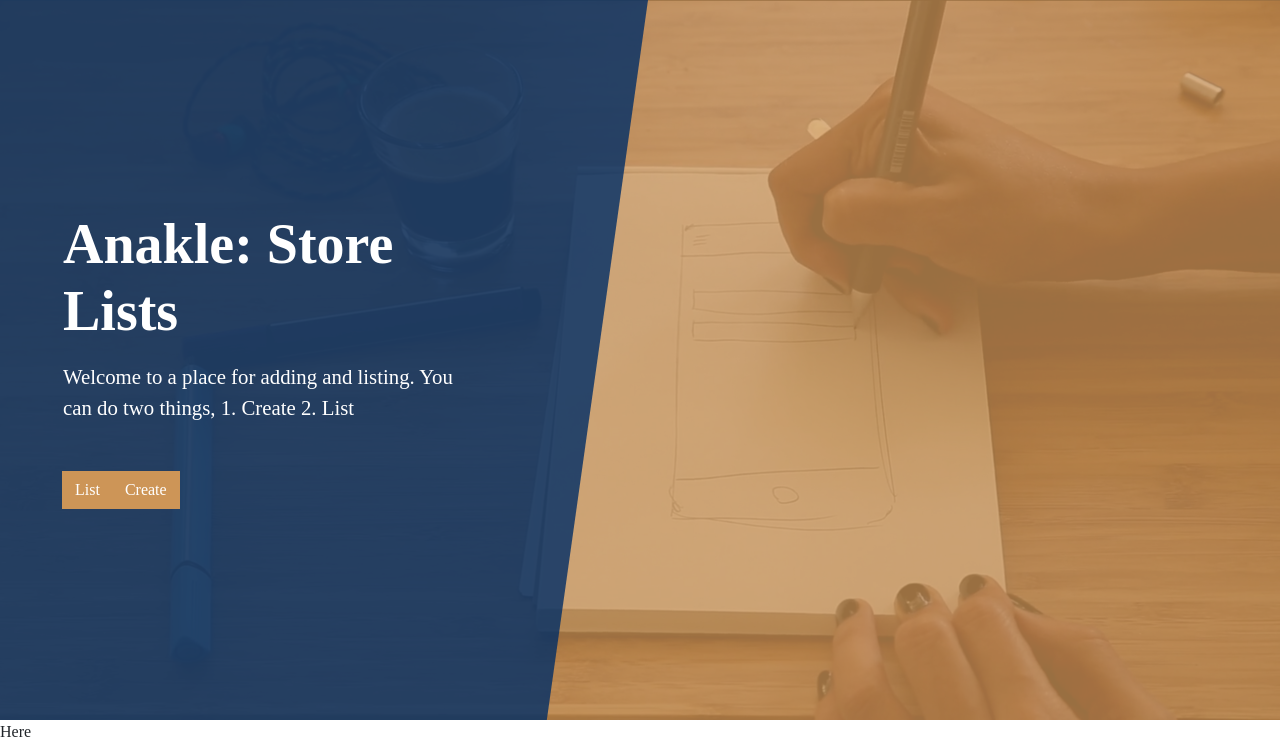
Repository: Guruscode/mega-list
Page: http://localhost/list.php
These files come from the project's save history. The page is drawn as it stood at one moment and after the next save; the edit follows.
The browser window is 1280 px wide. The pictures show the whole page.
Some web fonts or font styles are not loaded; a fallback is used. The page is run by PHP 8.4 with error messages shown; the project is at /var/www/html/.

Above is the page before, as saved 2018-02-22 21:18:09.
Console error: TypeError: Cannot read properties of undefined (reading 'fn')

### list.php
<!DOCTYPE html>
<html lang="en">
<head>
    <meta charset="UTF-8">
    <meta name="viewport" content="width=device-width, initial-scale=1.0">
    <meta http-equiv="X-UA-Compatible" content="ie=edge">

    <link rel="stylesheet" href="css/bootstrap.min.css">
    <link href="css/welcome.min.css" rel="stylesheet">
    <link href="https://fonts.googleapis.com/css?family=Source+Sans+Pro:200,200i,300,300i,400,400i,600,600i,700,700i,900,900i" rel="stylesheet">
    <link href="https://fonts.googleapis.com/css?family=Merriweather:300,300i,400,400i,700,700i,900,900i" rel="stylesheet">
    <link href="vendor/font-awesome/css/font-awesome.min.css" rel="stylesheet">
    <title>Anakle: For Anakle</title>
</head>
<body>

        <div class="overlay"></div>

        <div class="masthead">
        <div class="masthead-bg"></div>
        <div class="container h-100">
            <div class="row h-100">
            <div class="col-12 my-auto">
                <div class="masthead-content text-white py-5 py-md-0">
                <h1 class="mb-3">Anakle: Store Lists</h1>
                <p class="mb-5">Welcome to a place for adding and listing. You can do two things, 1. Create 2. List</p>
                <div class="input-group input-group-newsletter">

                    <div class="input-group-append">
                        <a href="list.php" class="btn btn-secondary pull-left">List</a>
                        <a onclick="checklogin()"  class="btn btn-secondary pull-right">Create</a>
                        <?php require_once('__autoload.php');
                            $session = new Session;
                        ?>
                        <a onclick="logout()" id="logoutbutton"  class="btn btn-danger pull-right" <?php if(!$session->checkUser()){ echo "style='display:none'"; } ?> >Logout</a>

                    </div>
                </div>
                </div>
            </div>
            </div>
        </div>
        </div>

        <div>Here</div>

<!-- login Register modal starts-->







<script src="js/bootstrap.min.js"></script>
<script src="js/jquery-3.3.1.min.js"></script>
<script src="js/bootstrap.bundle.min.js"></script>
<script src="js/jquery.vide.min.js"></script>
<script src="js/welcome.min.js"></script>




</body>
</html>

### __autoload.php
<?php
/**
* Simple Autoload file to get all needed files in the lib folder
* File should follow the naming convention,
* [name].lib.php
*
* @author Seyi Onifade <xyluz@ymail.com>
* @copyright xyluz
* @license GNU GENERAL PUBLIC LICENSE Version 3
*/

spl_autoload_register(function ($class_name) {
    include 'lib/' .$class_name . '.lib.php';
});

### lib/session.lib.php
<?php

/**
* Basic Session Class to Take care of all database logic
*
*
* fetch() methods stores result set in an array
* MySQL connection is closed with destruct method.
*
* @author Seyi Onifade <xyluz@ymail.com>
* @copyright xyluz
* @license GNU GENERAL PUBLIC LICENSE Version 3
*/

class Session {

    protected $isLogged = false;


    public function __construct() {

       session_start();

    }

    public function checkUser(){

        if(isset($_SESSION['loggedIn'])){

            $this->isLogged = true;

        }

        return $this->isLogged;

    }

    public function login($id){

        $_SESSION['loggedIn'] = $id;

    }

    public function logout(){

        unset($_SESSION['loggedIn']);
        session_destroy();

    }



}

### js/welcome.min.js
!function(p){"use strict";p("body").vide({mp4:"mp4/bg.mp4",poster:"img/bg-mobile-fallback.jpg"},{posterType:"jpg"})}(jQuery);

Loaded but not shown: css/bootstrap.min.css (library); css/welcome.min.css (common file); js/bootstrap.min.js (library); js/jquery-3.3.1.min.js (library); js/bootstrap.bundle.min.js (library); js/jquery.vide.min.js (library)

After the next save:
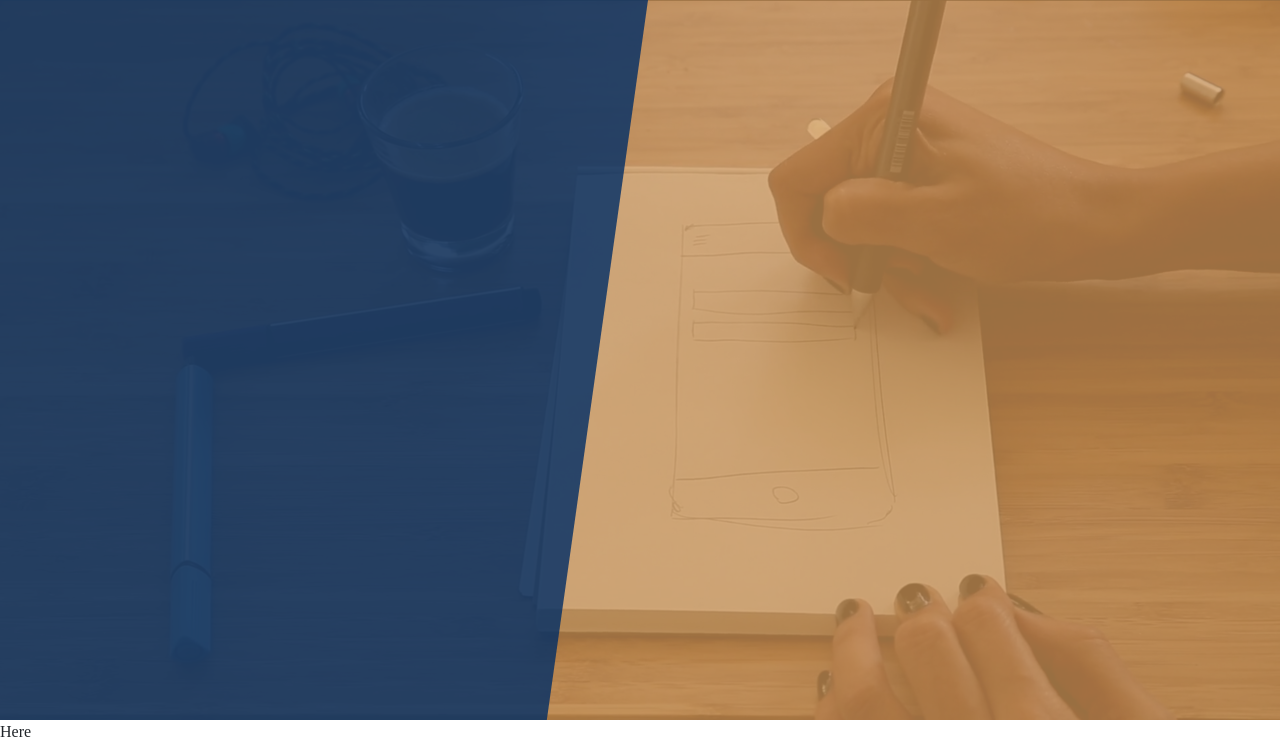
Saved 22 s later.
--- a/list.php
+++ b/list.php
@@ -20,24 +20,7 @@
         <div class="masthead-bg"></div>
         <div class="container h-100">
             <div class="row h-100">
-            <div class="col-12 my-auto">
-                <div class="masthead-content text-white py-5 py-md-0">
-                <h1 class="mb-3">Anakle: Store Lists</h1>
-                <p class="mb-5">Welcome to a place for adding and listing. You can do two things, 1. Create 2. List</p>
-                <div class="input-group input-group-newsletter">
 
-                    <div class="input-group-append">
-                        <a href="list.php" class="btn btn-secondary pull-left">List</a>
-                        <a onclick="checklogin()"  class="btn btn-secondary pull-right">Create</a>
-                        <?php require_once('__autoload.php');
-                            $session = new Session;
-                        ?>
-                        <a onclick="logout()" id="logoutbutton"  class="btn btn-danger pull-right" <?php if(!$session->checkUser()){ echo "style='display:none'"; } ?> >Logout</a>
-
-                    </div>
-                </div>
-                </div>
-            </div>
             </div>
         </div>
         </div>

After the save that followed:
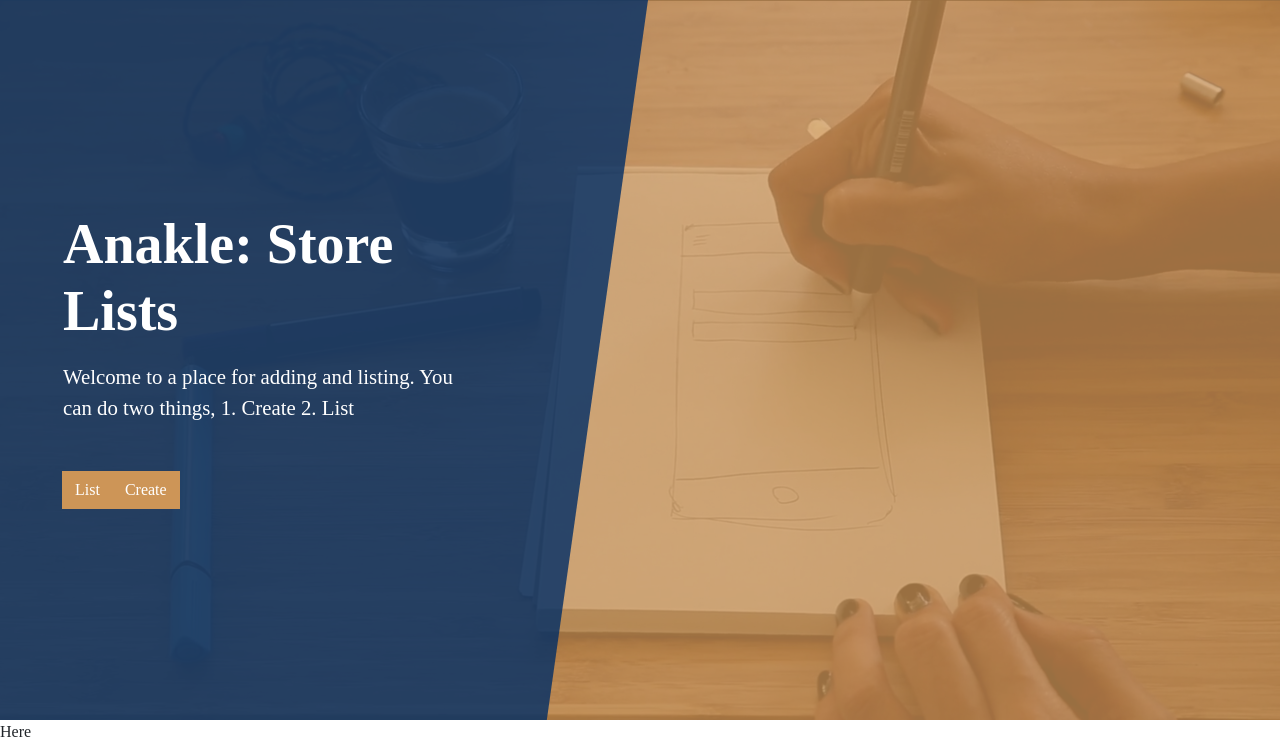
Saved 11 s later.
--- a/list.php
+++ b/list.php
@@ -20,7 +20,24 @@
         <div class="masthead-bg"></div>
         <div class="container h-100">
             <div class="row h-100">
+            <div class="col-12 my-auto">
+                <div class="masthead-content text-white py-5 py-md-0">
+                <h1 class="mb-3">Anakle: Store Lists</h1>
+                <p class="mb-5">Welcome to a place for adding and listing. You can do two things, 1. Create 2. List</p>
+                <div class="input-group input-group-newsletter">
 
+                    <div class="input-group-append">
+                        <a href="list.php" class="btn btn-secondary pull-left">List</a>
+                        <a onclick="checklogin()"  class="btn btn-secondary pull-right">Create</a>
+                        <?php require_once('__autoload.php');
+                            $session = new Session;
+                        ?>
+                        <a onclick="logout()" id="logoutbutton"  class="btn btn-danger pull-right" <?php if(!$session->checkUser()){ echo "style='display:none'"; } ?> >Logout</a>
+
+                    </div>
+                </div>
+                </div>
+            </div>
             </div>
         </div>
         </div>
